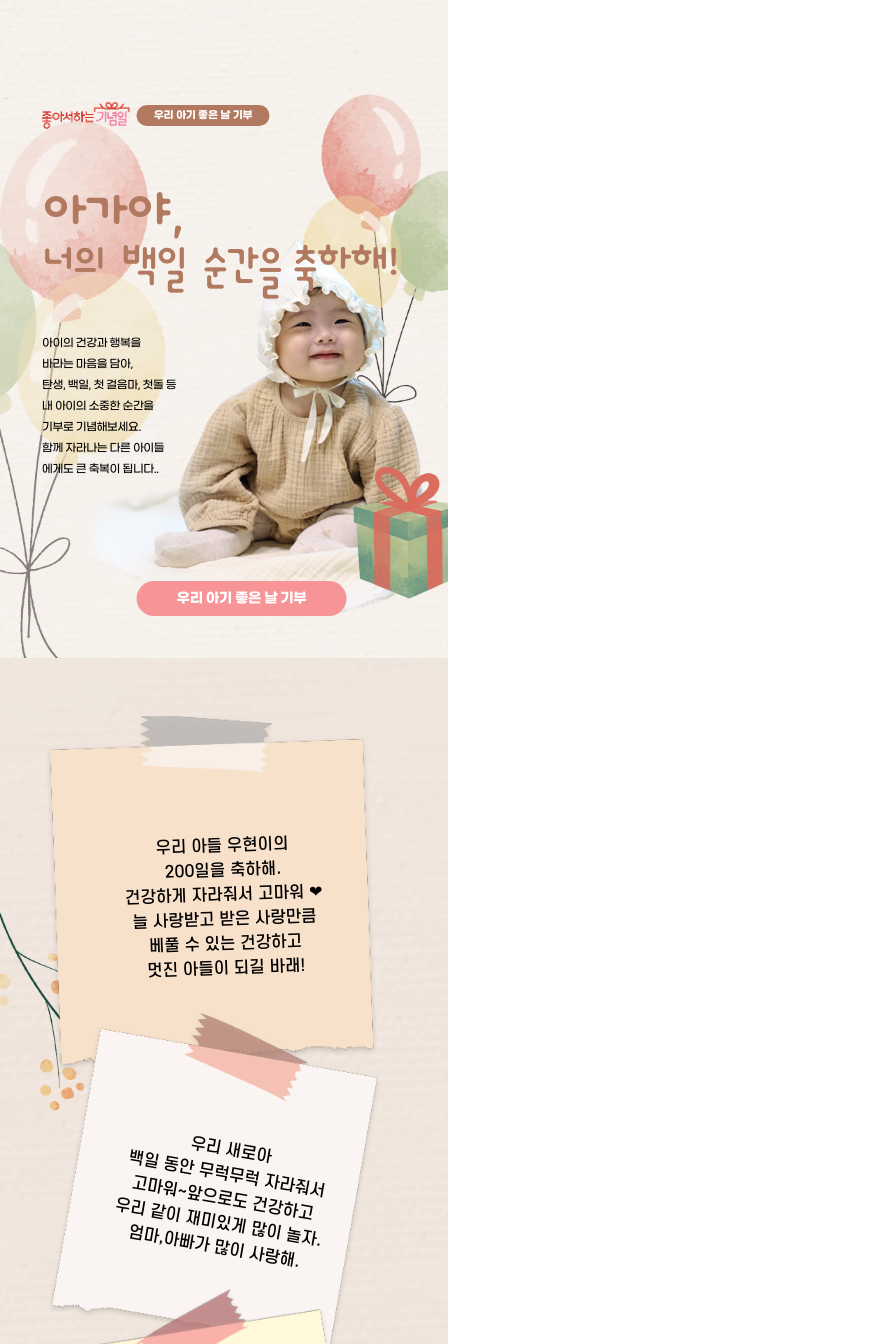
Repository: dlgywls1130/save_children_m
Page: index.html
An editor plug-in stored every save of this project. The page is shown before and after the next save, followed by the edit.
The browser window is 1280 px wide. The pictures show the part of the page from y = 0 to 1920 px (the page is 9980 px tall), at 70% of full size.

Above is the page before, as saved 2023-12-13 20:16:18.

### index.html
<!DOCTYPE html>
<html lang="en">
<head>
    <meta charset="UTF-8">
    <meta name="viewport" content="width=device-width, initial-scale=1.0">
    <title>세이브더칠드런</title>

    <link rel="stylesheet" href="./css/reset.css">
    <link rel="stylesheet" href="./css/style.css">

</head>
<body>
    <div class="content_body">
        <section class="section_wrapper section01">
            <div class="se01 se_wrapper">
                <div class="se01_sub">
                    <div class="sub_logo">
                        <img src="./img/logo01.png" alt="logo">
                    </div>
                    <p>우리 아기 좋은 날 기부</p>
                </div>
                <p class="seo01_title">
                    아가야,
                </p>
                <p class="seo01_title_two">
                    너의 <span id="rollingText">탄생</span> 순간을 축하해!
                </p>
                <p class="section_descript mb-45">
                    아이의 건강과 행복을
                    <br>바라는 마음을 담아,
                    <br>탄생, 백일, 첫 걸음마, 첫돌 등
                    <br>내 아이의 소중한 순간을
                    <br>기부로 기념해보세요.
                    <br>함께 자라나는 다른 아이들
                    <br>에게도 큰 축복이 됩니다..
                </p>

                <a class="donation_link" href="javascript:void(0)">우리 아기 좋은 날 기부</a>
            </div>
        </section>
        <section class="section_wrapper section02">
            <div class="se02 se_wrapper">
                <div class="postit_wrapper">
                    <div class="postit postit01">
                        <p>우리 아들 우현이의<br>
                        200일을 축하해.<br>
                        건강하게 자라줘서 고마워 ❤<br>
                        늘 사랑받고 받은 사랑만큼<br>
                        베풀 수 있는 건강하고<br>
                        멋진 아들이 되길 바래!</p>
                    </div>
                    <div class="postit postit02">
                        <p>우리 새로아<Br>
                        백일 동안 무럭무럭 자라줘서<Br>
                        고마워~앞으로도 건강하고<Br>
                        우리 같이 재미있게 많이 놀자.<Br>
                        엄마,아빠가 많이 사랑해.</p>
                    </div>

                    <div class="postit postit05">
                        <p>사랑하는 도현이의<br>
                        첫 어린이날과 첫돌을<br>
                        기념하며, <br>
                        이웃을 사랑하는<br>
                        멋진 사람으로 자라길</p>

                    </div>
                    <div class="postit postit04">
                        <p>보미야<br>
                        첫 번째 생일 축하해<br>
                        너의 존재가 온 세상에<br>
                        봄이길 바랄게!   </p>
                    </div>

                    <div class="postit postit03">
                        <p>서진아<br>
                        우리에게 와줘서 고마워<br>
                        건강하고 행복하게 자라렴.<br>
                        사랑해♡      </p>
                    </div>

                </div>

            </div>
        </section>
        <section class="section_wrapper section03">
            <div class="se_wrapper se03">
                <div class="se_title_co">
                    아기의 좋은 날을<br> 기념해 주신 모든 분들께
                    <br>후원감사증서를 보내드립니다.
                </div>
                <div class="se_sub_co">
                    후원감사증서는<Br> 아기에게 남기고 싶은 메시지와 아기의 좋은 날이 담긴 사진을<br> 보관할 수 있도록
                    만들어드립니다.<br> 먼 훗날, 아기가 성장해 읽게 될 날을 그리며 편지를 써보세요.
                </div>
            </div>

        </section>
        <section class="section_wrapper section04">
            <div class="se_wrapper se04">
                <div class="se_title_co">
                    이름 자수 순면거즈블랭킷
                </div>
                <div class="se_sub_co">
                    30만원 이상 후원하신 분들께는 순면 거즈 아기 블랭킷(90*110)에
                    <Br>원하시는 이름(영문)을 예쁘게 수놓아 드립니다.
                </div>

                <div class="se04_slide mt-85">
                    <div class="se04_slide_list">
                        <img src="./img/slide03.jpg">
                    </div>
                    <div class="se04_slide_list">
                        <img src="./img/slide02.jpg">
                    </div>
                    <div class="se04_slide_list">
                        <img src="./img/slide01.jpg">
                    </div>
                </div>
            </div>
        </section>
        <section class="section_wrapper section05">
            <div class="se_wrapper se05">
                <div class="se_title_co">
                    후원신청 과정
                </div>


                <div class="se_sub_co">
                    30만원 이상 후원해 주신 경우,
                    <br>감사 선물 수령 주소 및 아기 블랭킷에 새겨질 문구 확인을 위한 문자가 발송됩니다.
                </div>

                <div class="se_step_list">
                    <div class="se_step">
                        <p class="step_number">1</p>
                        <div class="step_ico">
                            <img src="./img/icon01.png" alt="img">
                        </div>
                        <p class="step_descript">
                            후원신청하기
                        </p>
                    </div>
                    <div class="se_step">
                        <p class="step_number">2</p>
                        <div class="step_ico">
                            <img src="./img/icon02.png" alt="img">
                        </div>
                        <p class="step_descript">
                            후원감사증서
                            메시지 적기
                        </p>
                    </div>
                </div>
                <div class="se_step_list">
                    <div class="se_step">
                        <p class="step_number">3</p>
                        <div class="step_ico">
                            <img src="./img/icon03.png" alt="img">
                        </div>
                        <p class="step_descript">
                            신청완료
                        </p>
                    </div>
                    <div class="se_step">
                        <p class="step_number">4</p>
                        <div class="step_ico">
                            <img src="./img/icon04.png" alt="img">
                        </div>
                        <p class="step_descript">
                            후원감사증서 발송
                            (1주 이내)
                        </p>
                    </div>
                </div>


                <a class="donation_link" href="javascript:void(0)">우리 아기 좋은 날 기부</a>
            </div>

        </section>
        <section class="section_wrapper section06">
            <div class="se_wrapper se06">
                <div class="se_title_co">
                    후원금, 이렇게 쓰여요!
                </div>
                <div class="se_sub_co">
                    세이브더칠드런은 <Br><span>국내외 아동을 위한 교육,
                    <Br>보호, 보건영양지원,<Br> 아동권리옹호</span> 등의<Br> 활동을 해나가고 있습니다.
                </div>
                <div class="se_sub_co">
                    보내주신 후원금은<Br> 정치, 종교, 인종에 관계없이<Br> 모든 아이를 구해야 한다는
                    <Br>세이브더칠드런의 신념에 따라 <Br><span>가장 도움 필요한 아이를 위해 우선 사용</span>됩니다.
                </div>
            </div>

        </section>
        <section class="section_wrapper section07">
            <div class="se_wrapper se07">
                <div class="se_title_co">
                    FAQ
                </div>
                <div class="accordion">
                    <div class="accordion-item">
                        <h3 class="title">
                            <span>1. 30만원 이상 후원했습니다. <br>거즈 순면 블랭킷은 언제 오나요?</span>
                            <img src="./img/top.png">
                        </h3>
                        <p class="paragraph">
                            우리아기 축하기부로 30만원 이상 후원자님들께는 담요에 수놓을 아기 이름과
                            선물 수령 주소 확인을 위한 문자가 발송됩니다.
                            02-6900-4479로 발송되는 문자 속 설문조사에 답해주세요.
                            확인을 완료하신 분들께는 블랭킷 제작을 담당하고 있는 조니 스튜디오에서
                            아기 이름 자수 작업 완료 후 배송해 드립니다.

                        </p>
                    </div>
                    <div class="accordion-item">
                        <h3 class="title">
                            <span>2. 거즈 순면 블랭킷, 안전한 제품인가요?</span>
                            <img src="./img/top.png">
                        </h3>
                        <p class="paragraph">
                            본 블랭킷은 워싱된 3중 거즈로 제작되었으며, KC안전검사를 완료하였습니다.
                            소재 특성상 섬유 조각이 발생할 수 있어 망에 넣지 않고 3번 정도 물빨래 하시는 것을 권장합니다.

                        </p>
                    </div>
                    <div class="accordion-item">
                        <h3 class="title">
                            <span>3. 거즈 순면 블랭킷을 받았는 데 하자가 있어요. <Br>어떻게 해야 하나요? </span>
                            <img src="./img/top.png">
                        </h3>
                        <p class="paragraph">
                            070-4220-4123 (조니스튜디오 CS)로 전화 연락 부탁드립니다. 하자 물품에 대한 교환은 수령일로부터 7일 이내에 조니스튜디오에 연락해주셔야 하며, 이로 인한 후원금 환불은 어렵습니다.
                        </p>
                    </div>
                    <div class="accordion-item">
                        <h3 class="title">
                            <span>4. 후원감사증서에 넣을 수 있는 사진 사이즈는 <Br>얼마인가요?</span>
                            <img src="./img/top.png">
                        </h3>
                        <p class="paragraph">
                            사진 인화 사이즈 5*7 인치에 맞추어서 제작되었습니다.  그보다 작은 사진일 경우, 후원감사증서
                            내부의 주머니에 넣어 보관하실 수도  있습니다.

                        </p>
                    </div>
                </div>
            </div>

        </section>
        <section class="section_wrapper section08">
            <div class="se_wrapper se08">
                <div class="se08_postion">
                    <p class="se08_title">우리 아기 좋은 날 기부</p>
                    <p class="se08_descript">
                        탄생, 백일, 첫 걸음마, 첫돌...
                        <br>소중한 우리 아기의 성장을 기념해 보세요!
                        <br>아기의 좋은 날이 모여 세상의 행복이 됩니다.
                    </p>
                    <a href="javascript:void(0)" class="more_btn">
                        <p>자세히보기</p>
                        <svg xmlns="http://www.w3.org/2000/svg" width="16" height="16" fill="currentColor" class="bi bi-chevron-right" viewBox="0 0 16 16">
                            <path fill-rule="evenodd" d="M4.646 1.646a.5.5 0 0 1 .708 0l6 6a.5.5 0 0 1 0 .708l-6 6a.5.5 0 0 1-.708-.708L10.293 8 4.646 2.354a.5.5 0 0 1 0-.708z"/>
                        </svg>
                    </a>
                </div>

            </div>
        </section>
    </div>

    <script src="https://ajax.googleapis.com/ajax/libs/jquery/1.12.4/jquery.min.js"></script>
    <script src="./js/main.js"></script>
</body>
</html>

### css/reset.css


html, body, div, span, applet, object, iframe,
h1, h2, h3, h4, h5, h6, p, blockquote, pre,
a, abbr, acronym, address, big, cite, code,
del, dfn, em, img, ins, kbd, q, s, samp,
small, strike, strong, sub, sup, tt, var,
b, u, i, center,
dl, dt, dd, ol, ul, li,
fieldset, form, label, legend,
table, caption, tbody, tfoot, thead, tr, th, td,
article, aside, canvas, details, embed,
figure, figcaption, footer, header, hgroup,
menu, nav, output, ruby, section, summary,
time, mark, audio, video {
	margin: 0;
	padding: 0;
	border: 0;
	font-size: 100%;
	font: inherit;
	vertical-align: baseline;
}

article, aside, details, figcaption, figure,
footer, header, hgroup, menu, nav, section {
	display: block;
}
body {
	line-height: 1;
}
ol, ul {
	list-style: none;
}
blockquote, q {
	quotes: none;
}
blockquote:before, blockquote:after,
q:before, q:after {
	content: '';
	content: none;
}
table {
	border-collapse: collapse;
	border-spacing: 0;
}

### css/style.css

/* root */
:root{
    --main-color:#B17A60;
    --pink-color:#F79497;
}


/* font */

/* dongle */
@font-face {
    font-family: 'Dongle';
    font-weight: 300;
    src: url('../font/Dongle-Light.ttf') format('ttf'),
    url('../font/Dongle-Light.woff') format('woff');
}

@font-face {
    font-family: 'Dongle';
    font-weight: 500;
    src: url('../font/Dongle-Regular.ttf') format('ttf'),
    url('../font/Dongle-Regular.woff') format('woff');
}

@font-face {
    font-family: 'Dongle';
    font-weight: 700;
    src: url('../font/Dongle-Bold.ttf') format('ttf'),
    url('../font/Dongle-Bold.woff') format('woff');
}


/* Gmarket */
@font-face {
    font-family: 'GmarketSans';
    font-weight: 300;
    src: url('../font/GmarketSansLight.ttf') format('ttf'),
    url('../font/GmarketSansLight.woff') format('woff');
}

@font-face {
    font-family: 'GmarketSans';
    font-weight: 500;
    src: url('../font/GmarketSansMedium.ttf') format('ttf'),
    url('../font/GmarketSansMedium.woff') format('woff');
}

@font-face {
    font-family: 'GmarketSans';
    font-weight: 700;
    src: url('../font/GmarketSansBold.ttf') format('ttf'),
    url('../font/GmarketSansBold.woff') format('woff');
}


/* nanumsqure */

@font-face {
    font-family: 'NanumSquare';
    font-weight: 400;
    src: url('../font/NanumSquareL.ttf') format('ttf'),
    url('../font/NanumSquareL.woff') format('woff');
}

@font-face {
    font-family: 'NanumSquare';
    font-weight: 500;
    src: url('../font/NanumSquareR.ttf') format('ttf'),
    url('../font/NanumSquareR.woff') format('woff');
}

@font-face {
    font-family: 'NanumSquare';
    font-weight: 600;
    src: url('../font/NanumSquareB.ttf') format('ttf'),
    url('../font/NanumSquareB.woff') format('woff');
}

@font-face {
    font-family: 'NanumSquare';
    font-weight: 700;
    src: url('../font/NanumSquareEB.ttf') format('ttf'),
    url('../font/NanumSquareEB.woff') format('woff');
}



/* scdream5 */
@font-face {
    font-family: 'SCDream5';
    src: url('../font/SCDream5.woff') format('woff'),
    url('../font/SCDream5.ttf') format('ttf'),
    url('../font/SCDream5.otf') format('otf');
}


.section_wrapper{
    max-width:640px;
    width: 100%;

}

.se_wrapper{
    max-width: 640px;
    width: 100%;
    position: relative;
    box-sizing: border-box;
}


/* section01 */


.section01{
    background: url('../img/back01.jpg') no-repeat;
    height: 940px;

}

.se01{
    padding: 145px 10px 92px 60px;
    box-sizing: border-box;
}
.se01_sub{
    display: flex;
    align-items: center;
    margin-bottom: 70px;
}

.sub_logo{
    width: 125px;
    height: 40px;
    margin-right: 10px;
}

.sub_logo img{
    width: 100%;
    height: 100%;
    object-fit: contain;
}

.se01_sub p{
    width: 190px;
    height: 30px;
    background: #B17A60;
    border-radius: 15px;
    display: flex;
    align-items: center;
    justify-content: center;
    letter-spacing: -0.03em;
    font-size: 15px;
    font-weight: 700;
    font-family: 'GmarketSans',sans-serif;
    color: #fff;
}

.seo01_title{
    font-family: 'Dongle',sans-serif;
    font-weight: 500;
    font-size: 120px;
    color: var(--main-color);
    letter-spacing: -0.03em;
}

.seo01_title_two{
    font-family: 'Dongle',sans-serif;
    font-weight: 500;
    font-size: 90px;
    color: var(--main-color);
    letter-spacing: -0.03em;
    margin-top: -7%;
    margin-bottom: 50px;
    display: flex;
    align-items: center;
    white-space: nowrap;
}

.seo01_title_two span{
    margin: 0 1.5rem;
}
.section_descript{
    font-size: 20x;
    line-height: 30px;
    font-family: 'GmarketSans';
    font-weight: 500;
    letter-spacing: -0.03em;
    color: #000;
}

.donation_link{
    width: 300px;
    height: 50px;
    border-radius: 100px;
    display: flex;
    align-items: center;
    justify-content: center;
    background: var(--pink-color);
    color: #fff;
    font-family: 'GmarketSans';
    font-size: 20px;
    font-weight: 700;
    letter-spacing: -0.03em;
    text-decoration: none;
    margin: 145px auto 0;
}


@keyframes roll {
    from {
        transform: translateY(40%);
        opacity: 0;
    }
    to {
        transform: translateY(0);
        opacity: 1;
    }
  }


  #rollingText.animate-text {
    animation: roll 0.5s ease-in-out;
}

/* section02 */

.section02{
    height: 2800px;
    background: url('../img/back02.jpg') no-repeat;
}

.se02{
    box-sizing: border-box;
    height: 100%;
}
.postit_wrapper{
    width: 100%;
    padding: 76px 60px 96px;
    position: relative;
    display: flex;
    flex-direction: column;
    align-items: center;
    box-sizing: border-box;
}

.ex_text{
    font-family: 'GmarketSans';
    font-size: 20px;
    font-weight: 500;
    letter-spacing: -0.03em;
}


.postit p{
    font-family: 'SCDream5';
    font-size: 23px;
    line-height: 35px;
    text-align: center;
    display: flex;
    justify-content: center;
    align-items: center;
    height: 100%;
}

.postit01{
    background:url('../img/post04.png') no-repeat;
    width: 520px;
    height: 520px;
    background-size: contain;
    box-sizing: border-box;
}

.postit01 p{
    transform: rotate(358deg);
    padding-top: 20px;
}

.postit02{
    background: url('../img/post05.png') no-repeat;
    width: 510px;
    height: 510px;
    background-size: contain;
    box-sizing: border-box;
    margin-top: -19%;
}

.postit02 p{
    transform: rotate(10deg);
    padding-top: 20px;
}

.postit03{
    background:url('../img/post02.png') no-repeat;
    width: 459px;
    height: 459px;
    background-size: contain;
    box-sizing: border-box;
    margin-top: -25%;
    transform: rotate(-14deg);
}

.postit03 p{
    transform: rotate(7deg);
    padding-top: 20px;
}

.postit04{
    background: url(../img/post03.png) no-repeat;
    width: 440px;
    height: 440px;
    background-size: cover;
    box-sizing: border-box;
    margin-top: -24%;
    transform: rotate(14deg);
}

.postit04 p{
    transform: rotate(354deg);
}

.postit05{
    background:url('../img/post01.png') no-repeat;
    width: 460px;
    height: 460px;
    background-size: contain;
    box-sizing: border-box;
    margin-top: -22%;
}

.postit05 p{
    transform: rotate(-9deg);
    padding-top: 20px;
}

/* section03 */

.section03{
    height: 1200px;
    background: url('../img/back03.jpg') no-repeat;
}

.se03{
    padding: 200px 60px 96px;
    box-sizing: border-box;
    height: 100%;
}


.se_title_co{
    font-size: 80px;
    line-height: 80px;
    letter-spacing: -0.03em;
    font-family: 'Dongle';
    font-weight: 500;
    color: var(--main-color);
    text-align: center;
}

.se_sub_co{
    font-size: 20px;
    letter-spacing: -0.03em;
    line-height: 30px;
    font-family: 'GmarketSans';
    font-weight: 500;
    text-align: center;
    margin-top: 30px;
}

/* section04 */

.section04{
    height: 1740px;
    background: url('../img/back04.jpg') no-repeat;
}

.se04{
    padding: 80px 0 130px;
    box-sizing: border-box;
    height: 100%;
}

.se04_slide{
    width: 944px;
    margin: 60px auto 0;
    padding: 0 60px;
}


.se04_slide_list{
    width: 530px;
    height: 440px;
    border-radius: 9px;
    margin-bottom: 25px;
}

.se04_slide_list img{
    width:100%;
height: 100%;
object-fit: cover;
border-radius: 15px;
}
/* section05 */
.section05{
    height: 1000px;
    background: url('../img/back05.jpg') no-repeat;
}

.se05{
    padding: 80px 60px 140px;
    box-sizing: border-box;
    height: 100%;
}

.se_step_list{
    display: flex;
    align-content: center;
    margin-top: 20px;
    position: relative;
    flex-wrap: wrap;
    justify-content: space-between;
}


.se_step_list .se_step{
    position: relative;
    display: flex;
    flex-direction: column;
    align-items: center;
}

.step_number{
    font-size: 25px;
    letter-spacing: -0.03em;
    line-height: 35px;
    font-weight: 700;
    font-family: 'GmarketSans';
    position: absolute;
    left: 19%;
    top: 0;
    color: var(--main-color);
    z-index: 2;
}

.se_step_list .se_step .step_ico{
    width: 200px;
    height: 200px;
    border-radius: 50%;
    background-color: #fff;
    display: flex;
    align-items: center;
    justify-content: center;
    position: relative;
    z-index: 1;
}

.se_step_list .se_step .step_ico img {
    width: 138px;
    height: 138px;
    object-fit: contain;
    object-position: 73%;
}

.step_descript{
    font-size: 20px;
    letter-spacing: -0.03em;
    line-height: 23px;
    font-weight: 500;
    font-family: 'GmarketSans';
    text-align: center;
    margin-top: 20px;
    color: var(--main-color);
}


.section05 .donation_link{
    margin: 70px auto 0;
}


/* section06 */
.section06{
    height:800px;
    background: url('../img/back06.jpg') no-repeat;
}

.se06{
    padding: 155px 0;
    height: 100%;
    box-sizing: border-box;
}


.se_sub_co span{
    font-weight: 700;
}
/* section07 */

.section07{
    height:1000px;
    background: url('../img/back07.jpg') no-repeat;
}

.se07{
    padding: 100px 0;
    height: 100%;
    box-sizing: border-box;
}


.accordion{
    margin-top: 38px;
}
.accordion-item {
    padding:15px 30px;
    margin: 0;
    overflow: hidden;
}

.accordion-item .title {
    display: flex;
    justify-content: space-between;
    align-items: center;
    font-weight: 700;
    font-size: 20px;
    line-height: 30px;
    letter-spacing: -0.03em;
    cursor: pointer;
    width: 100%;
    height: 100px;
    border-radius: 50px;
    background-color: #fff;
    color: var(--main-color);
    padding: 0 50px;
    font-family: 'GmarketSans';
    box-sizing: border-box;
    text-indent: -10px;
}

.accordion-item .title img {
    font-size: 0.9rem;
    color: #454545;
    transform: rotate(0);
    transition: transform 0.15s ease;
}

.accordion-item .paragraph {
    font-weight: 500;
    font-size: 20px;
    letter-spacing: -0.03em;
    color: #000;
    display: none;
    padding: 30px 35px 15px;
    list-style: inside;
    line-height: 30px;
    font-family: 'GmarketSans';
}

.accordion-item .paragraph .indent{
    text-indent: 1rem;
}


.accordion-item .paragraph span{
    font-weight: bold;
}

.accordion-item.active .title img{
    transform: rotate(180deg);
}

.accordion-item.active .paragraph {
    display: block;
}


/* section08 */

.section08{
    height:500px;
    background: url('../img/banner.jpg') no-repeat;
}
.se08{
    position: relative;
    height: 100%;
}

.se08_postion{
    display: flex;
    align-items: center;
    justify-content: center;
    flex-direction: column;
    height: 100%;
}

.se08_title{
    font-family: 'NanumSquare';
    font-weight: 600;
    font-size: 30px;
    letter-spacing: -0.05em;
    line-height: 50px;
    position: relative;
    text-align: center;
    margin-bottom: 30px;
}



.se08_descript{
    font-family: 'NanumSquare';
    font-weight: 500;
    font-size: 20px;
    line-height: 30px;
    letter-spacing: -0.05em;
    text-align: center;
}

.more_btn{
    margin-top: 38px;
    width: 150px;
    height: 40px;
    background: #543F2C;
    display: flex;
    align-items: center;
    justify-content: center;
    text-decoration: none;
}

.more_btn p{
    font-family: 'NanumSquare';
    font-weight: 500;
    font-size: 18px;
    color: #fff;

}

.more_btn svg{
    fill: #fff;
}

Loaded but not shown: js/main.js (46 lines, source omitted)

After the next save:
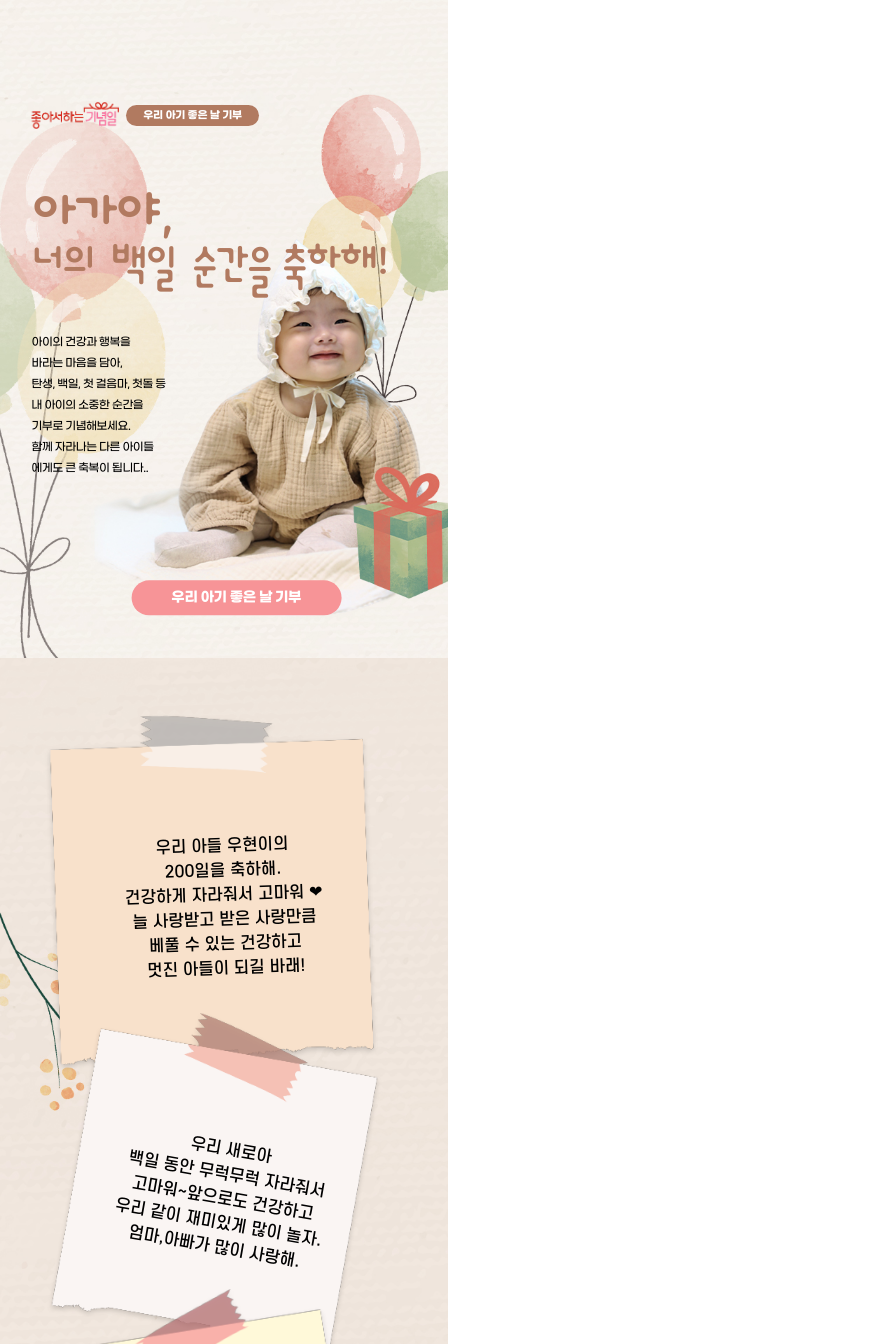
Saved 35 s later.
--- a/css/style.css
+++ b/css/style.css
@@ -119,7 +119,7 @@
 }
 
 .se01{
-    padding: 145px 10px 92px 60px;
+    padding: 145px 10px 92px 45px;
     box-sizing: border-box;
 }
 .se01_sub{
